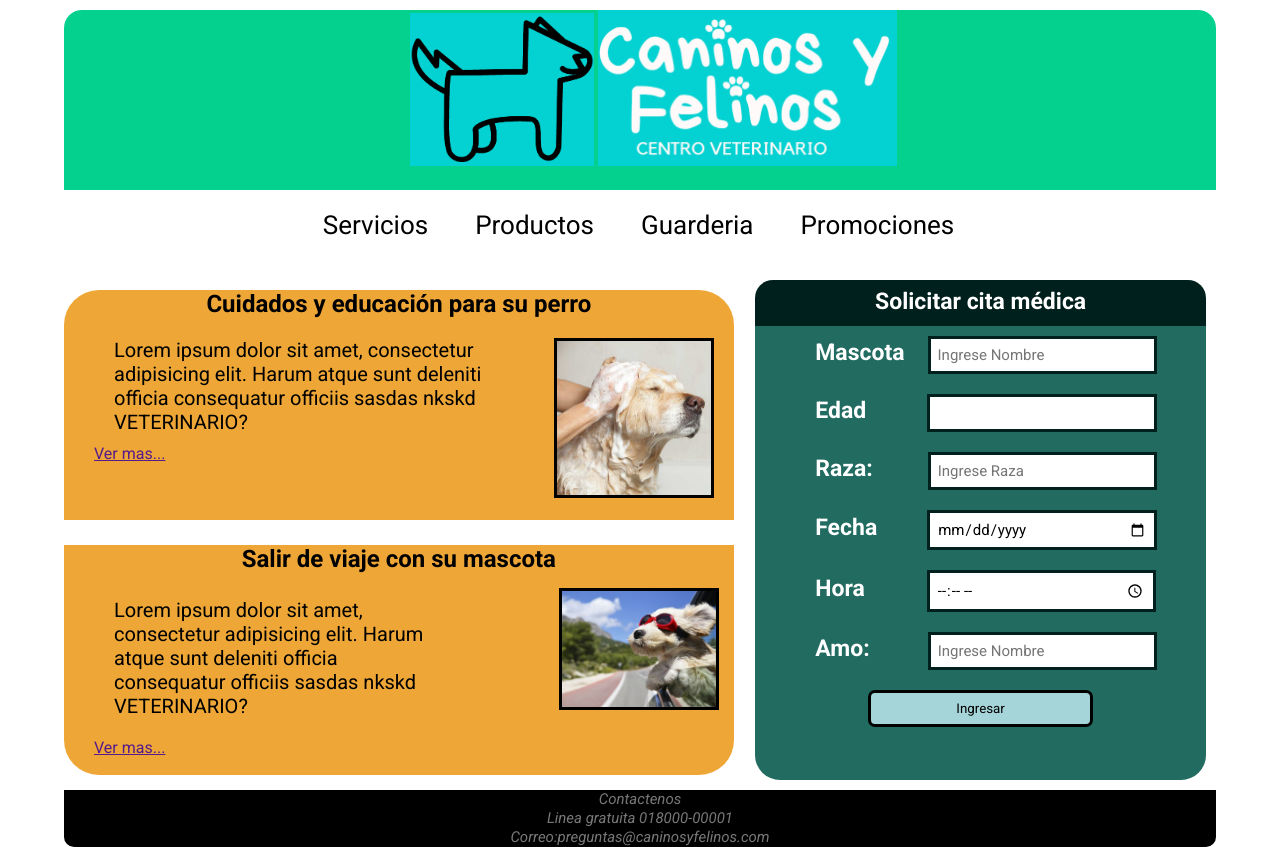
Repository: NickArregoces/Veterinaria
Page: Index.html
The author's editor kept a copy of each file at every save. The page is drawn from the files as they stood at one save, then again after the next save.
The browser window is 1280 px wide. The pictures show the whole page.

Above is the page before, as saved 2021-10-08 20:35:41.

After the next save:
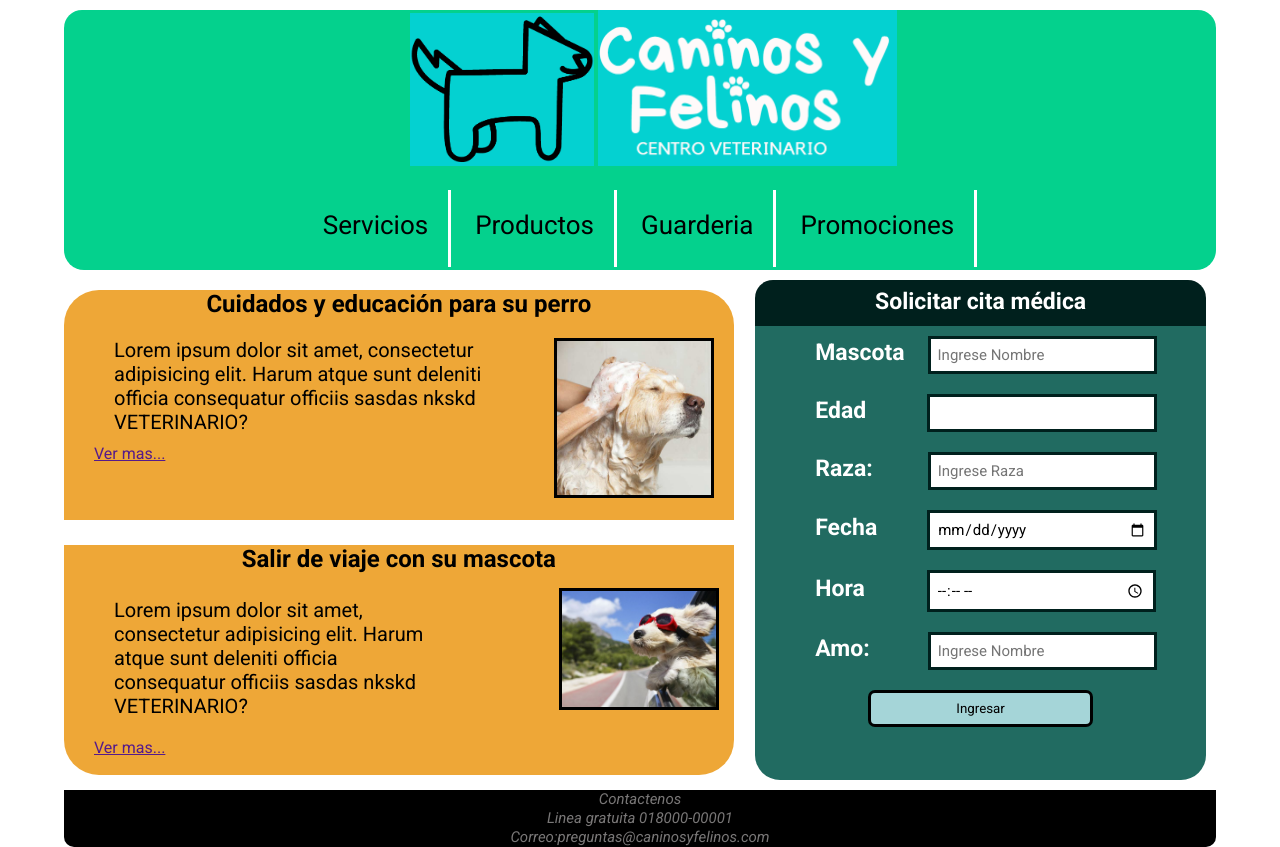
Saved 8 s later.
--- a/CSS/Style.css
+++ b/CSS/Style.css
@@ -32,7 +32,7 @@ div.navegador{
     ul.menu{
         border-bottom-left-radius: 20px 20px;
         border-bottom-right-radius: 20px 20px;
-        background: 04d18d;
+        background: #04d18d;
         height: 80px;
         list-style: none;
         padding: 0;
